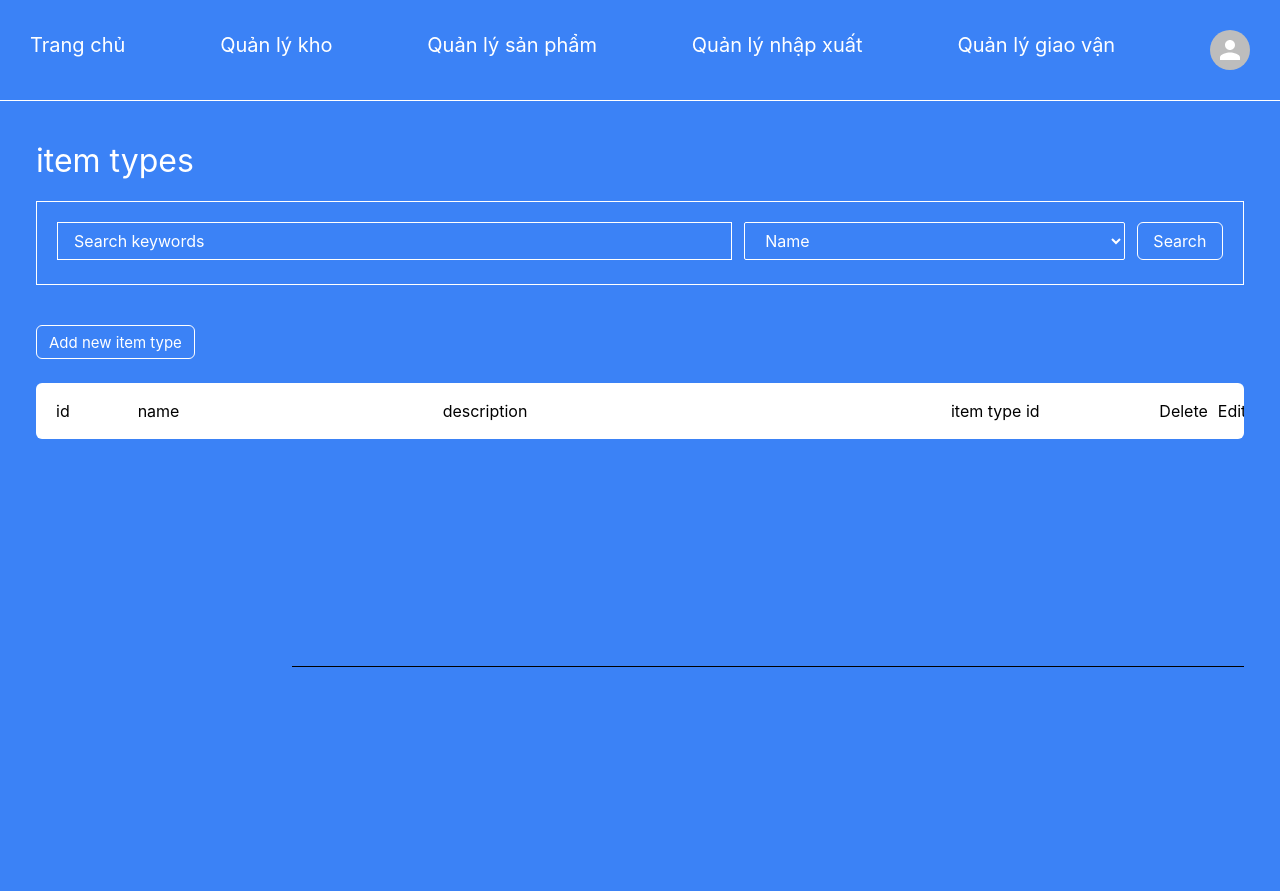
Repository: Kiendz3202/warehouse-management
Page: /products-management/item-types
These files come from the project's save history. The page is drawn as it stood at one moment and after the next save; the edit follows.
The browser window is 1280 px wide. The pictures show the whole page.
The page's requests for data from a server got no answer. The project was rebuilt for these pictures with package versions that can differ from the ones it lists, and the page was loaded fresh each time. Some packages were replaced by stand-ins written for this rebuild. The framework's server and built-in components were replaced by stand-ins that run in the browser. No one was signed in, and anything a server would have sent is missing. Also part of the build but not shown: next.config.js, components/Pagination/Pagination.js, components/UI/Modal.js, components/UI/Loading.js, components/Item/ItemType.js.

Above is the page before, as saved 2022-07-26 18:06:31.

### pages/_app.js
import '../styles/globals.css'
import Layout from '../components/Layout/Layout'
import { useRouter } from 'next/router'
import { Provider } from 'react-redux'
import store from '../store/store'

function MyApp({ Component, pageProps }) {

  const router = useRouter()
  if (router.pathname === '/login') {
    return <Component {...pageProps} />
  } else {
    return (
      <Provider store={store}>
        <Layout>
          <Component {...pageProps} />
        </Layout>
      </Provider>
    )
  }
}

export default MyApp

### pages/_document.js
import Document, { Html, Head, Main, NextScript } from 'next/document'

class MyDocument extends Document {
    static async getInitialProps(ctx) {
        const originalRenderPage = ctx.renderPage

        // Run the React rendering logic synchronously
        ctx.renderPage = () =>
            originalRenderPage({
                // Useful for wrapping the whole react tree
                enhanceApp: (App) => App,
                // Useful for wrapping in a per-page basis
                enhanceComponent: (Component) => Component,
            })

        // Run the parent `getInitialProps`, it now includes the custom `renderPage`
        const initialProps = await Document.getInitialProps(ctx)

        return initialProps
    }

    render() {
        return (
            <Html>
                <Head />
                <body>
                    <Main />
                    <NextScript />
                    <div id='modal-root'></div>
                </body>
            </Html>
        )
    }
}

export default MyDocument

### pages/products-management/item-types/index.js
import { useRouter } from 'next/router'
import React from 'react'
import SearchForm from '../../../components/SearchForm.js/SearchForm'
import Head from 'next/head'
import ItemTypeList from '../../../components/list/ItemTypeList'

function ProductsManagement() {

    const router = useRouter()
    return (
        <div className='bg-blue-500 w-full h-full min-h-screen   p-[36px]'>
            <Head>
                <title>item-types</title>
                <meta name="description" content="Generated by create next app" />
                <link rel="icon" href="/favicon.ico" />
            </Head>
            <div className='text-white '>
                <div className='text-[32px] mb-[16px]'>item types</div>
                <div className='mb-[40px]'>
                    <SearchForm />
                </div>
                <div className='mb-[24px]'>
                    <button onClick={() => router.push('/products-management/add-product')} className='text-[15px] mb-3 block bg-transparent hover:opacity-80 border border-white cursor-pointer rounded-md min-w-[110px] h-[34px] px-[12px] py-[6px]'>Add new item type</button>
                </div>
            </div>
            <div>
                <ItemTypeList />
            </div>
            <div className='fixed bottom-0 left-[292px] right-[36px] h-[54px] border-t border-black'>
                {/* <Save /> */}
            </div>
        </div>
    )
}

export default ProductsManagement

### components/Layout/Layout.js
import React from 'react'
import Header from '../Header/Header'

function Layout({ children }) {
    return (
        <div>
            <div className=" max-w-[1536px] mx-auto pb-[70px] bg-blue-500 text-white">
                <Header />
                <main className=''>
                    {children}
                </main>
            </div>
        </div>
    )
}

export default Layout

### store/store.js
import { configureStore } from "@reduxjs/toolkit";
import ProductsSice from "./productsSlice";
import WarehouseSlice from "./warehouseSlice";

const store = configureStore({
    reducer: {
        warehouse: WarehouseSlice.reducer,
        products: ProductsSice.reducer
    }
})

export default store

### components/SearchForm.js/SearchForm.js
import React, { useState, useRef } from 'react'
import { Filter } from '@mui/icons-material';
import KeyboardArrowDown from '@mui/icons-material/KeyboardArrowDown';

function SearchForm() {

    const [active, setActive] = useState(false)
    const [height, setHeight] = useState('0px')
    const [rotate, setRotate] = useState('transform duration-700 ease')
    const contentSpace = useRef(null)

    const expandAndCollapse = () => {
        setActive(active === false ? true : false)
        setHeight(active ? '0px' : `${contentSpace.current.scrollHeight}px`)
        setRotate(active ? 'transform duration-700 ease' : 'transform duration-700 ease rotate-180')
    }

    return (
        // bg-[#323259]
        <div>
            <div className=' border-white border w-full px-[20px] pt-[20px]'>
                <div className='grid grid-cols-12 gap-3 h-[62px] text-white '>
                    <div className=' col-span-7 '>
                        <input className='w-full border border-white h-[38px] py-[7px] px-[16px] outline-none bg-transparent text-white placeholder-white ' placeholder='Search keywords' type='text' />
                    </div>
                    <div className='col-span-4 flex '>
                        <select id='selectType' defaultValue='Name' className='w-full h-[38px] py-[7px] px-[16px] border border-white outline-none bg-transparent rounded-sm'>
                            <option value='anycategory' className=' text-black'>Name</option>
                            <option value='description' className=' text-black'>Description</option>
                            <option value='location' className=' text-black'>Location</option>
                        </select>
                    </div>
                    {/* <div className='col-span-3'>
                        <select defaultValue='anystock' className=' w-full h-[38px] py-[7px] px-[16px] outline-none bg-transparent border border-white rounded-sm'>
                            <option value="anystock">Any stock status</option>
                            <option value="instock">In stock</option>
                            <option value="lowstock">Low Stock</option>
                            <option value="sold">SOLD</option>
                        </select>
                    </div> */}
                    <div className='col-span-1 h-[38px] text-center hover:opacity-80 rounded-md px-[12px] py-[6px] bg-transparent border border-white cursor-pointer'>
                        <button className='text-white ' >Search</button>
                    </div>
                </div>
                {/* <div className={`flex relative transition-maxHeight duration-700 ease-in-out overflow-hidden`} ref={contentSpace} style={{ maxHeight: `${height}` }}>
                    <div className=' absolute top-[-20px] h-[1px] bg-[#1b1b38] w-[1191px] left-[-20px] '></div>
                    <div className='flex  mr-[40px]'>
                        <div className='mr-[15px]'>Search in:</div>
                        <div className='ml-[10px]'>
                            <ul>
                                <li>
                                    <input type='checkbox' id='name' />
                                    <label htmlFor='name'>Name</label>
                                </li>
                                <li>
                                    <input type='checkbox' id='sku' />
                                    <label htmlFor='sku'>SKU</label>
                                </li>
                                <li className='mb-[8px]'>
                                    <input type='checkbox' id='fulldescription' />
                                    <label htmlFor='fulldescription'>Full Description</label>
                                </li>
                            </ul>
                        </div>
                    </div>
                    <div className='flex mt-[20px] mr-[40px]'>
                        <div className='mr-[15px]'>Availability</div>
                        <div>
                            <select className='w-full h-[38px] py-[7px] px-[16px] outline-none bg-transparent border border-white rounded-sm'>
                                <option value="">Any Availability Status</option>
                                <option value="">Only Enabled</option>
                                <option value="">Only Disabled</option>
                            </select>
                        </div>
                    </div>
                    <div className='flex mt-[20px]'>
                        <div className='mr-[15px]'>Vendor</div>
                        <div>
                            <input className='w-full h-[38px] py-[7px] px-[16px] outline-none bg-transparent border border-white rounded-sm' type='text' />
                        </div>
                    </div>
                </div> */}
            </div>
            {/* <div className='flex justify-center'>
                <div onClick={expandAndCollapse} className=' w-[50px]  text-center cursor-pointer'>
                    <KeyboardArrowDown className={`h-fullr transition-transform ${rotate}`} />
                </div>
            </div> */}
        </div>
    )
}

export default SearchForm

### components/list/ItemTypeList.js
import React, { useEffect, useState } from 'react'
import Delete from '@mui/icons-material/Delete';
import CircularProgress from '@mui/material/CircularProgress';
import Box from '@mui/material/Box';
import InboxIcon from '@mui/icons-material/Inbox';
import Pagination from '../Pagination/Pagination';
import { useDispatch, useSelector } from 'react-redux';
import ItemType from '../../components/Item/ItemType'


function ProductList() {
    // const productsData = useSelector((state) => state.products.products)
    const [itemType, setItemType] = useState()
    // const [warehouseList, setWarehouseList] = useState(warehouseData)

    const dispatch = useDispatch()


    useEffect(() => {
        const fetchProduct = async () => {
            try {
                const response = await fetch(' https://scm-tool.thanhpp.ninja/item-type')
                if (!response) {
                    throw new Error('somethign wrong');
                    return;
                }
                const data = await response.json()

                setItemType(data.data)
                // dispatch(productsSliceActions.saveProducts({
                //     data: data.data
                // }))
                // setWarehouseList(data)
                console.log(data.data)
            } catch (err) {
                console.log('fetch wrong')
            }
        }

        fetchProduct()
    }, [])

    const removeHandle = () => {

    }
    return (
        //bg-[#323259]
        <div className='bg-white rounded-md'>
            <div className='grid grid-cols-12 gap-3 text-black'>
                <div className='flex items-center col-span-1 my-[16px]'>
                    {/* <input type='checkbox' className='mr-[10px] leading-[24px] ml-[20px]' /> */}
                    <span className='mr-[10px] leading-[24px] ml-[20px]' >id</span>
                </div>
                <div className=' col-span-3 my-auto   truncate'>name</div>
                <div className=' col-span-5 my-auto truncate'>description</div>
                <div className=' col-span-2 my-auto truncate'>item type id</div>
                <div className=' col-span-1 my-auto pl-[5px] flex justify-between truncate'>
                    <span className=' mr-[10px] rounded-sm'>Delete</span>
                    <span className=' mr-[10px] rounded-sm'>Edit</span>
                </div>
            </div>
            {/* {pagination.currentData ? pagination.currentData.map((item) => <ProductItem isSelectedAll={isSelectedAll} key={item.id} id={item.id} sku={item.sku} name={item.name} category={item.category} price={item.price} amount={item.amount} vendor={item.vendor} arrivalDate={item.arrivalDate} />) : <Box sx={{ display: 'flex' }}> */}
            {itemType && itemType.map(type => <ItemType id={type.id} key={type.id} name={type.name} desc={type.desc} />)}
            {/* <CircularProgress /> */}
            {/* </Box>} */}
            {/* <Pagination getNumberPerPage={numberPerPageHandle} pageCount={pagination.pageCount} onPageChange={handleClick} /> */}
            {/* <Pagination /> */}
        </div>
    )
}

export default ProductList

### components/Header/Header.js
import React from 'react'
import { Avatar } from '@mui/material'
import Link from 'next/link'

function Header() {
    return (
        <div className=' flex justify-between px-[30px] py-[30px] text-[20px] border-b border-white'>
            <div><Link href='/'><span className=' cursor-pointer hover:opacity-80'>Trang chủ</span></Link></div>
            <div><Link href='/warehouse-management'><span className=' cursor-pointer hover:opacity-80'>Quản lý kho</span></Link></div>
            <div><Link href='/products-management'><span className=' cursor-pointer hover:opacity-80'>Quản lý sản phẩm</span></Link></div>
            <div><Link href='/io-management'><span className=' cursor-pointer hover:opacity-80'>Quản lý nhập xuất</span></Link></div>
            <div><span className=' cursor-pointer hover:opacity-80'>Quản lý giao vận</span></div>
            <div><span className=' cursor-pointer'><Avatar /></span></div>
        </div>
    )
}

export default Header

### store/productsSlice.js
import { createSlice } from "@reduxjs/toolkit";


const ProductsSice = createSlice({
    name: 'products',
    initialState: { products: [] },
    reducers: {
        saveProducts(state, action) {
            state.products = action.payload.data
        },
    }
})

export const productsSliceActions = ProductsSice.actions
export default ProductsSice

### store/warehouseSlice.js
import { createSlice } from "@reduxjs/toolkit";


const WarehouseSlice = createSlice({
    name: 'warehouse',
    initialState: { warehouse: [] },
    reducers: {
        saveWarehouse(state, action) {
            state.warehouse = action.payload.data
        }
    }
})

export const warehouseSliceActions = WarehouseSlice.actions
export default WarehouseSlice

### tailwind.config.js
module.exports = {
  content: [
    "./pages/**/*.{js,ts,jsx,tsx}",
    "./components/**/*.{js,ts,jsx,tsx}",
  ],
  theme: {
    extend: {
      boxShadow: {
        'shadowCustom': 'rgba(0, 0, 0, 0.16) 0px 3px 6px, rgba(0, 0, 0, 0.23) 0px 3px 6px',
      }
    },
  },
  plugins: [],
}

Loaded but not shown: styles/globals.css (common file)

After the next save:
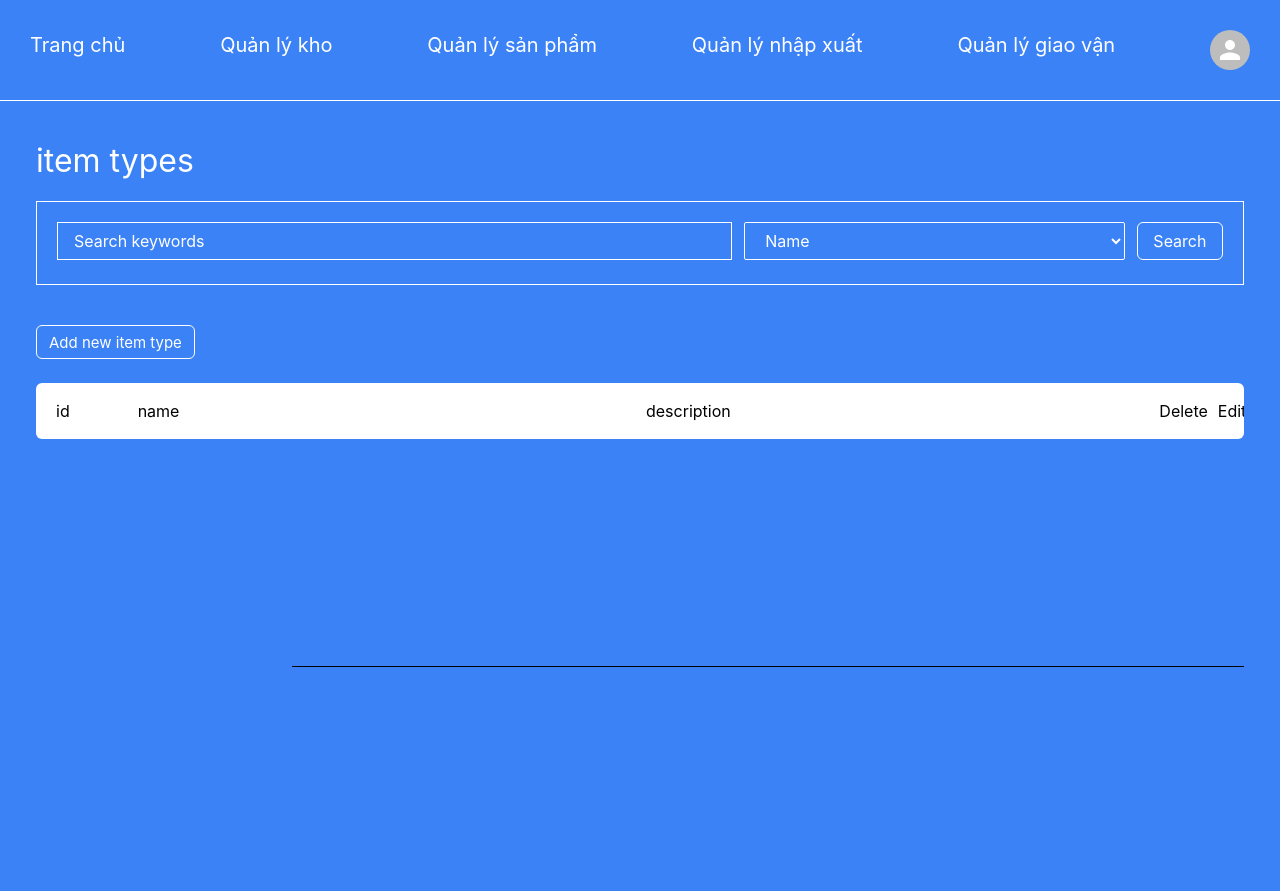
Saved 69 s later.
--- a/components/list/ItemTypeList.js
+++ b/components/list/ItemTypeList.js
@@ -51,9 +51,8 @@ function ProductList() {
                     {/* <input type='checkbox' className='mr-[10px] leading-[24px] ml-[20px]' /> */}
                     <span className='mr-[10px] leading-[24px] ml-[20px]' >id</span>
                 </div>
-                <div className=' col-span-3 my-auto   truncate'>name</div>
+                <div className=' col-span-5 my-auto   truncate'>name</div>
                 <div className=' col-span-5 my-auto truncate'>description</div>
-                <div className=' col-span-2 my-auto truncate'>item type id</div>
                 <div className=' col-span-1 my-auto pl-[5px] flex justify-between truncate'>
                     <span className=' mr-[10px] rounded-sm'>Delete</span>
                     <span className=' mr-[10px] rounded-sm'>Edit</span>
